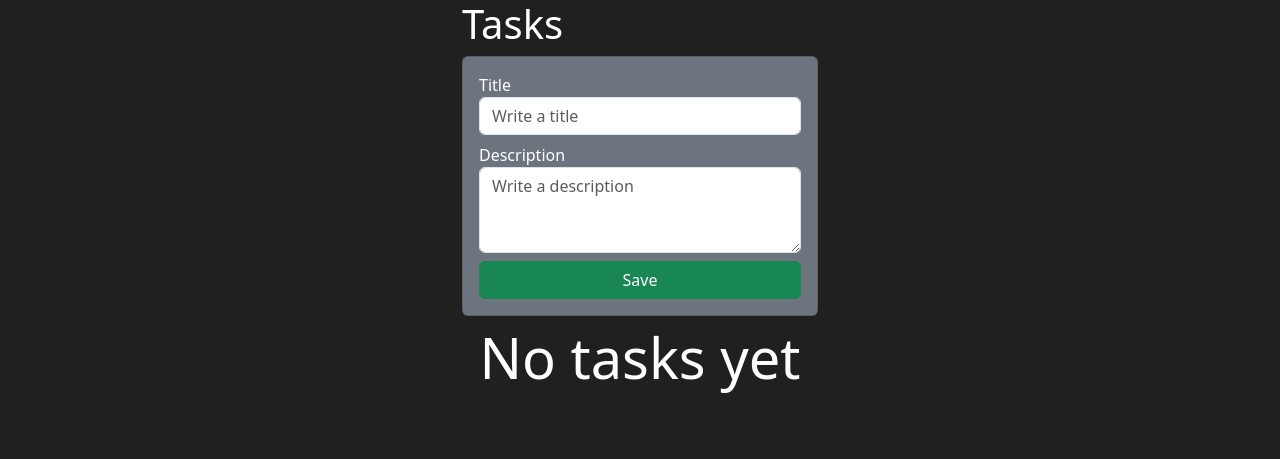
Repository: ChemsJam/django_postgres_todo
Page: http://localhost/tasks/
The author's editor kept a copy of each file at every save. The page is drawn from the files as they stood at one save, then again after a run of saves.
The browser window is 1280 px wide. The pictures show the whole page.
The page is served by the project's application, run on Django 5.2 (manage.py). Queries for data that is not in the repository find no rows.

Above is the page before, as saved 2024-08-19 15:53:14.

After the next 2 saves:
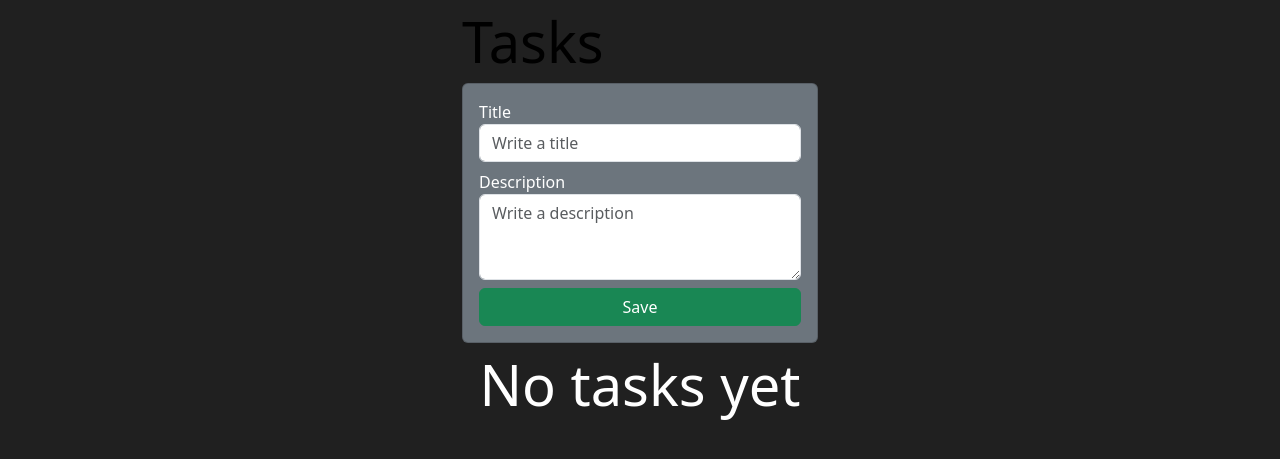
The 2 saves are shown as one change because they came seconds apart.
The last was saved 60 s later.
--- a/tasks/templates/TasksList.html
+++ b/tasks/templates/TasksList.html
@@ -13,7 +13,7 @@
     <div class="container">
         <div class="row">
             <div class="col-md-4 offset-md-4">
-                <h1>
+                <h1 class="display-4 text-black mt-2">
                     Tasks
                 </h1>
                 <form action={% url 'create_tasks' %} method="POST" class="card card-body bg-secondary mb-2">
